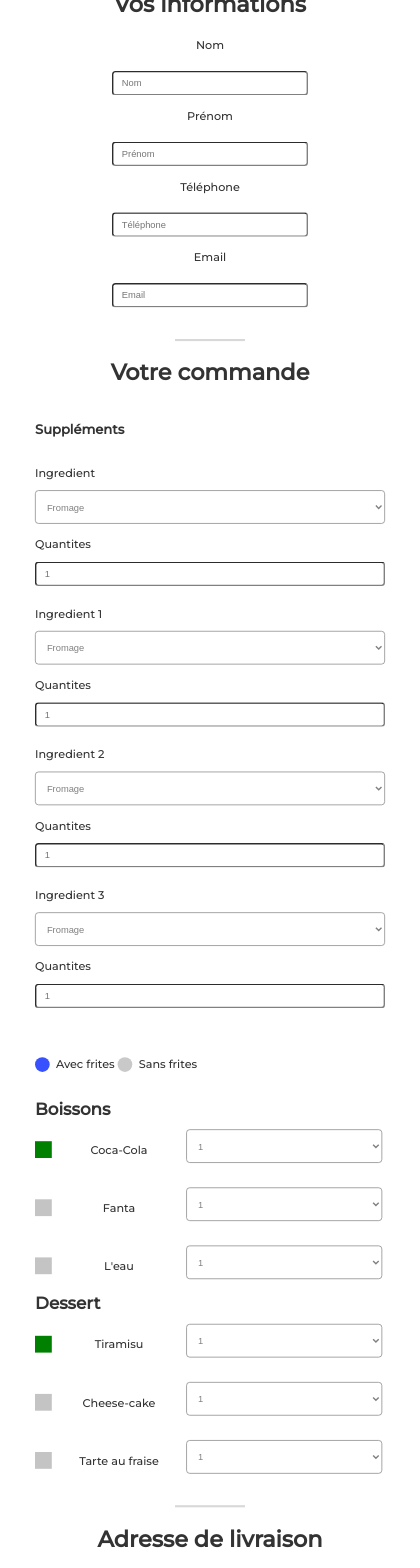
Repository: sisilass31/bella-olonje
Page: html/commande.html
The author's editor kept a copy of each file at every save. The page is drawn from the files as they stood at one save, then again after the next save.
The browser window is 600 px wide. The pictures show the part of the page from y = 866 to 3106 px (the page is 4086 px tall), at 70% of full size.
Some web libraries are served in a nearby version.

Above is the page before, as saved 2023-02-15 09:50:42.

After the next save:
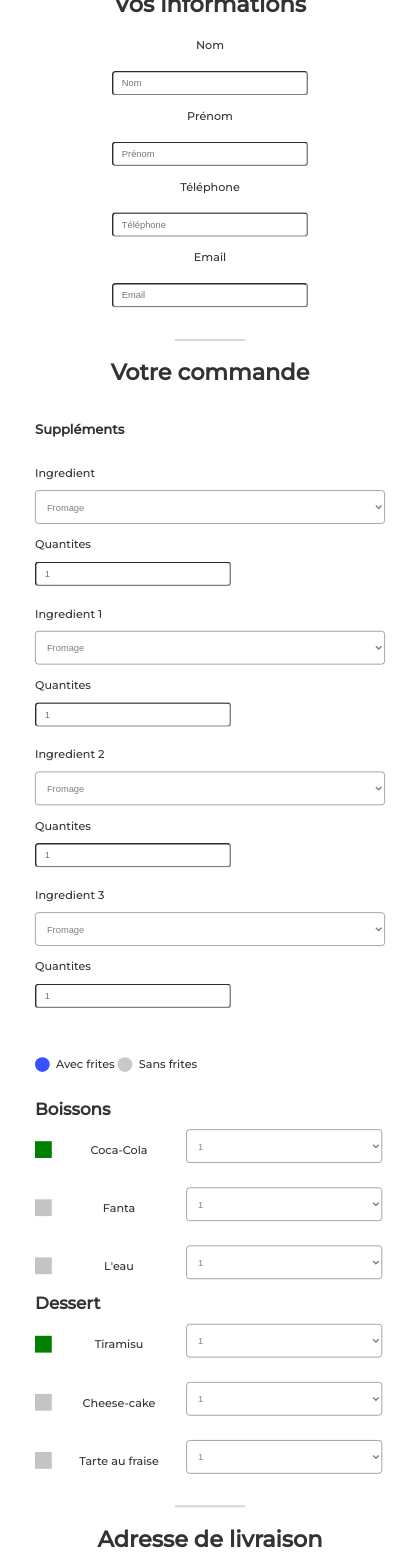
Saved 5 s later.
--- a/css/commande.css
+++ b/css/commande.css
@@ -521,10 +521,6 @@ button {
         width: 500px;
     }
 
-    .box input {
-        width: 500px;
-    }
-
     .infos h1 {
         padding: 5%;
         padding-bottom: 0px;
